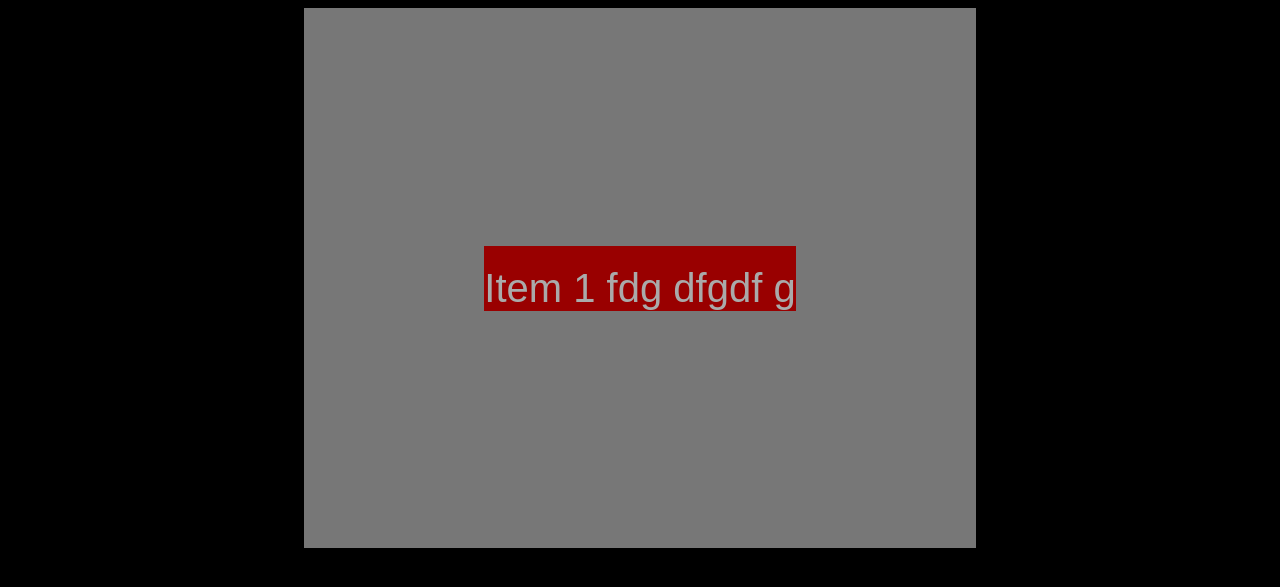
Repository: vitorgiovane/origamid-flexblog
Page: index.html
An editor plug-in stored every save of this project. The page is shown before and after the next save, followed by the edit.
The browser window is 1280 px wide. The pictures show the whole page.

Above is the page before, as saved 2019-02-24 22:05:46.

After the next save:
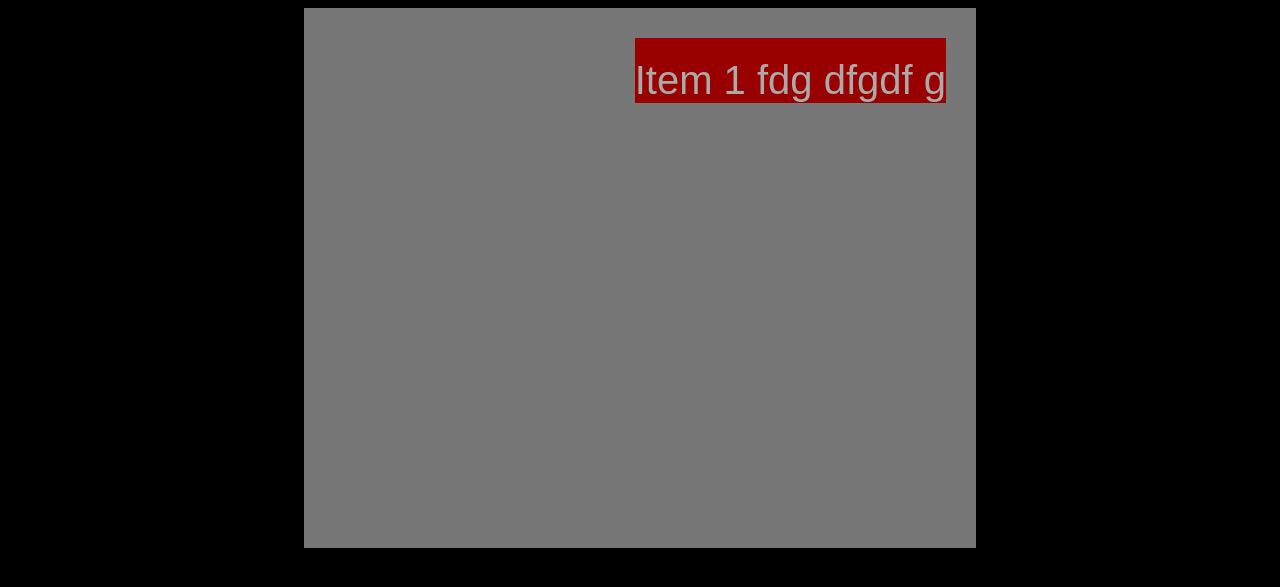
Saved 42 s later.
--- a/style.css
+++ b/style.css
@@ -13,8 +13,8 @@
   margin: auto;
   /* flex-wrap: wrap-reverse; */
   flex-flow: column wrap;
-  justify-content: center;
-  align-items: center;
+  justify-content: flex-start;
+  align-items: flex-end;
 }
 
 .item{
